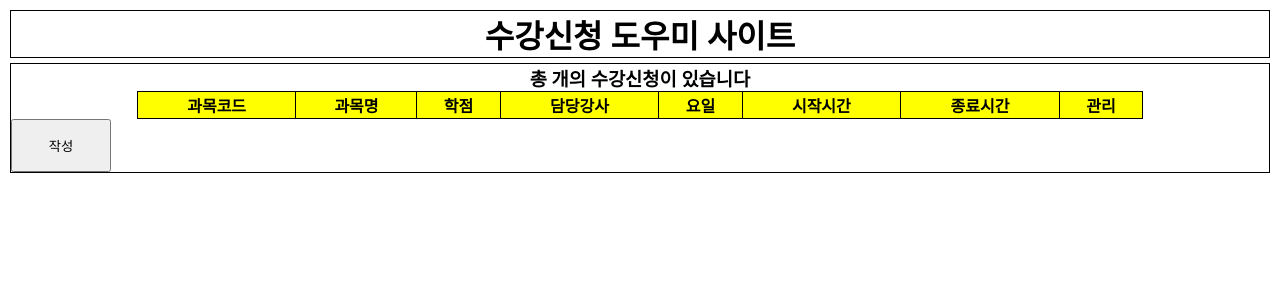
Repository: Tor1a/SpringSet
Page: http://localhost/practice02/WEB-INF/views/home.jsp
An editor plug-in stored every save of this project. The page is shown before and after the next save, followed by the edit.
The browser window is 1280 px wide. The pictures show the whole page.
The page is served by Tomcat 9. Nobody is signed in. The template is opened directly, without the code that normally fills it, so the values that code supplies are empty.

Above is the page before, as saved 2022-04-14 09:02:56.

After the next save:
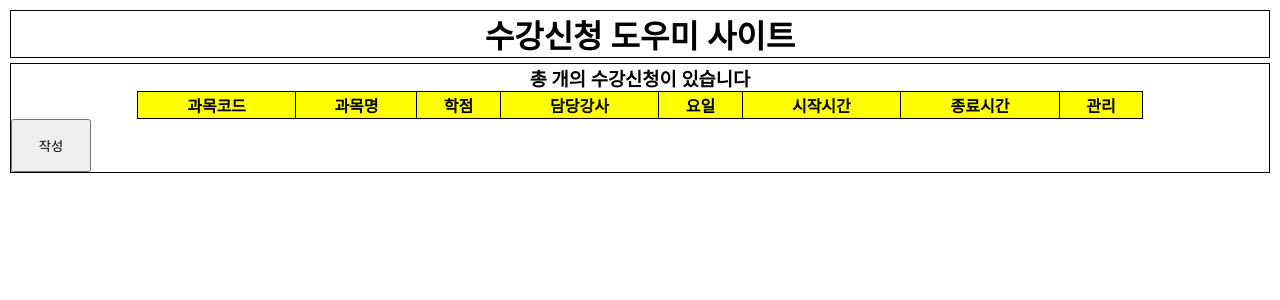
Saved 14 s later.
--- a/practice02/src/main/webapp/resources/css/home.css
+++ b/practice02/src/main/webapp/resources/css/home.css
@@ -12,7 +12,7 @@ body{width: auto; hight: auto;}
 
 #content {display:flex; flex-direction: column; justify-content: center; border: 1px solid black;}
 
-#add {display: inline-block; padding:  15px 15px; width: 100px; hight: 50px;}
+#add {display: inline-block; padding:  15px 15px; width: 80px; hight: 30px;}
 
 .liTb {margin: auto; border-collapse: collapse; border: 1px solid black; width: 80%;}
 
